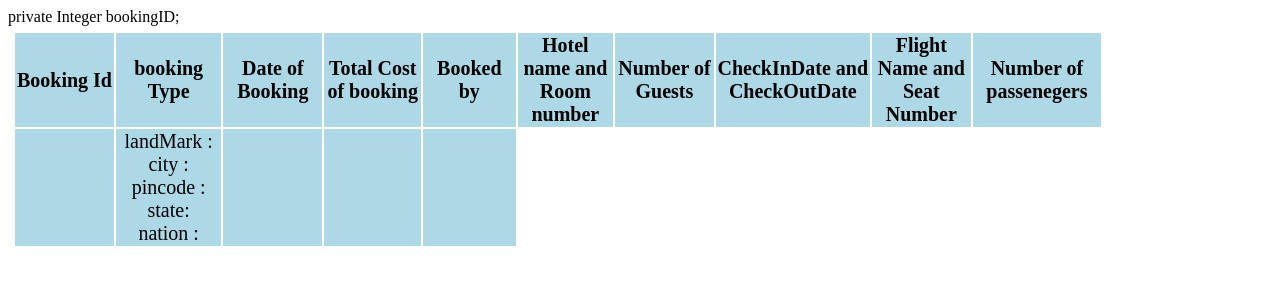
Repository: pparaska/Important
Page: http://localhost/website/WEB-INF/jsp/BookingInformation.jsp
The author's editor kept a copy of each file at every save. The page is drawn from the files as they stood at one save, then again after the next save.
The browser window is 1280 px wide. The pictures show the whole page.
The page is served by Tomcat 9. Nobody is signed in. Other server files are loaded and not shown. The template is opened directly, without the code that normally fills it, so the values that code supplies are empty.

Above is the page before, as saved 2019-02-12 06:27:51.

### Poonam/All_Services/All_Services/website/src/main/webapp/WEB-INF/jsp/BookingInformation.jsp
<%@ page language="java" contentType="text/html; charset=ISO-8859-1"
	pageEncoding="ISO-8859-1"%>
<!DOCTYPE html>
<html>
<head>
<meta charset="ISO-8859-1">
<title>Insert title here</title>
</head>
<style type="text/css">
table, th, td {
	padding: 5px;
	height: 80px;
	width: 1100px;
	font-size: 20px;
	text-align: center;
	font-family: inherit;
}

th, td {
	padding: 1px;
	background-color: lightblue
}
</style>

<body>
<div>
		<table>
			<tr>
				<th>Booking Id</th>
				<th>booking Type</th>
				<th>Date of Booking</th>
				<th>Total Cost of booking</th>
				<th>Booked by</th>
				<th>Hotel name and Room number</th>
				<th>Number of Guests</th>
				<th>CheckInDate and CheckOutDate</th>
				<th>Flight Name and Seat Number</th>
				<th>Number of passenegers</th>
			</tr>
			private Integer bookingID;
	<!-- private String bookingType;
	private Object bookingDetails;
	private LocalDateTime dateOfBooking;
	private Double totalCost;
	private List<Customer> customers;
	private Profile bookedBy;
	private Hotel hotel;
	private Flight flight;
	private LocalDateTime checkInDate;
	private LocalDateTime checkOutDate; -->
			<%-- <jstl:set var="rooms" value="" scope="sesion"></jstl:set> --%>

				<tr>
					<td>${hotel.hotelName}</td>
					<td> landMark : ${hotel.address.landMark} <br>
						city : ${hotel.address.city}<br>
						pincode : ${hotel.address.pincode}<br>
						state: ${hotel.address.state}<br>
						nation : ${hotel.address.nation}<br>

					</td>
					<td>${hotel.review}</td>
					<td>${hotel.photos}</td>
					<td>${hotel.rooms}</td>
</body>
</html>

After the next save:
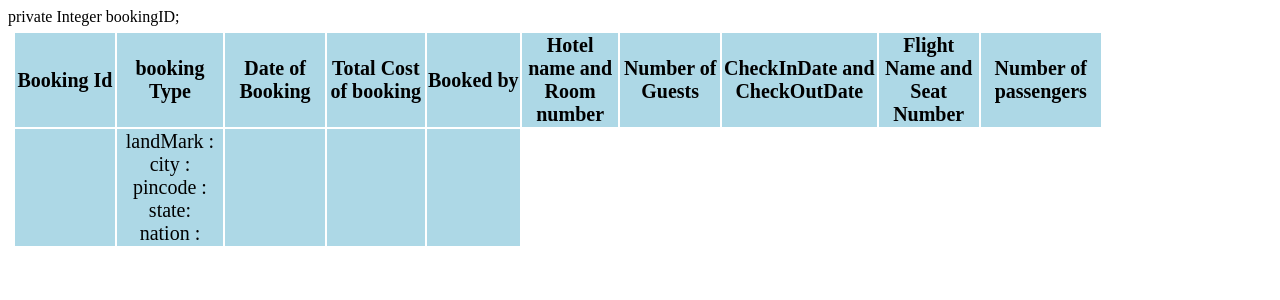
Saved 7 s later.
--- a/Poonam/All_Services/All_Services/website/src/main/webapp/WEB-INF/jsp/BookingInformation.jsp
+++ b/Poonam/All_Services/All_Services/website/src/main/webapp/WEB-INF/jsp/BookingInformation.jsp
@@ -35,7 +35,7 @@ th, td {
 				<th>Number of Guests</th>
 				<th>CheckInDate and CheckOutDate</th>
 				<th>Flight Name and Seat Number</th>
-				<th>Number of passenegers</th>
+				<th>Number of passengers</th>
 			</tr>
 			private Integer bookingID;
 	<!-- private String bookingType;
